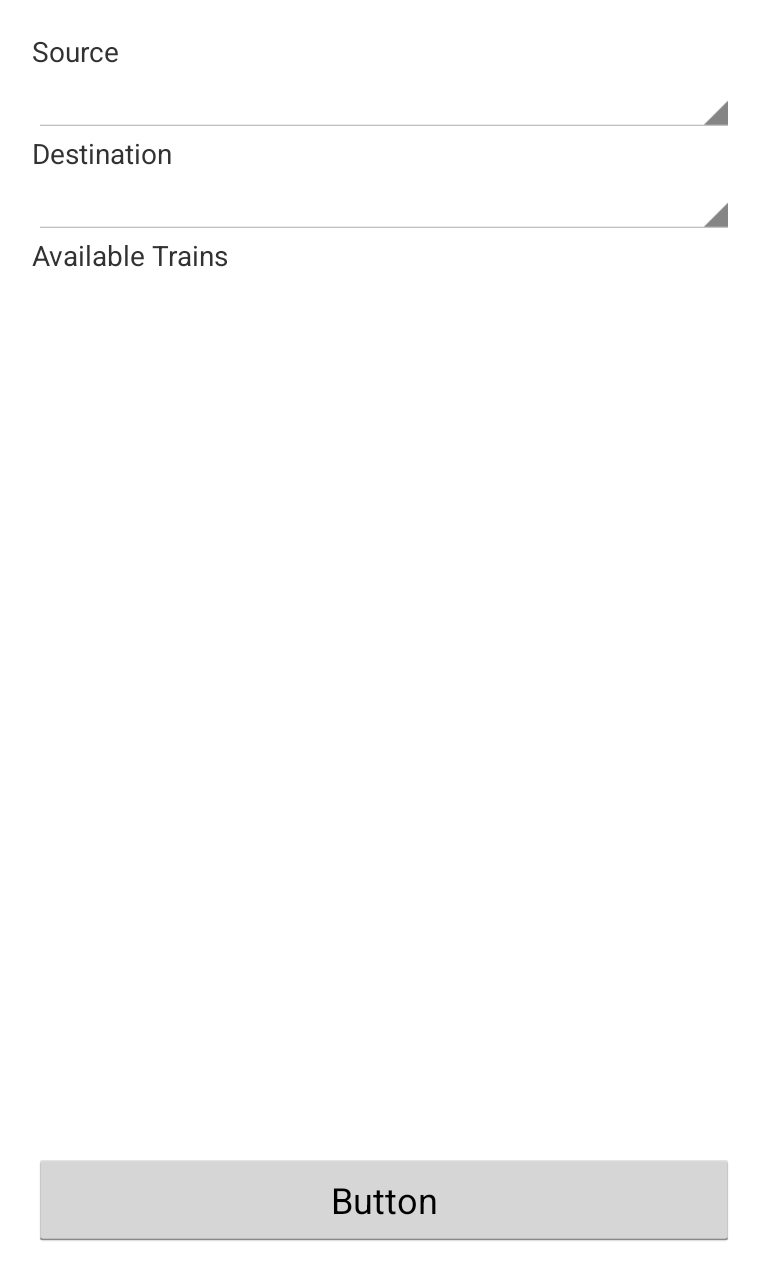
Repository: sunnypatel/Classwork
Layout: Senior Yr/Winter/cs275/assignment2/septa_assignment2/res/layout/activity_main.xml
These files come from the project's save history. The layout is drawn as it stood at one moment and after the next save; the edit follows.
It is drawn on a 768 x 1280 px phone screen (xhdpi) without system bars, with theme AppTheme; the app's code is not run. Lists and similar views that code fills are empty.

Above is the layout before, as saved 2014-03-06 00:56:37.

### Senior Yr/Winter/cs275/assignment2/septa_assignment2/res/layout/activity_main.xml
<RelativeLayout xmlns:android="http://schemas.android.com/apk/res/android"
    xmlns:tools="http://schemas.android.com/tools"
    android:layout_width="match_parent"
    android:layout_height="match_parent"
    android:paddingBottom="@dimen/activity_vertical_margin"
    android:paddingLeft="@dimen/activity_horizontal_margin"
    android:paddingRight="@dimen/activity_horizontal_margin"
    android:paddingTop="@dimen/activity_vertical_margin"
    tools:context=".MainActivity" >

    <LinearLayout
        android:id="@+id/linearLayout1"
        android:layout_width="wrap_content"
        android:layout_height="wrap_content"
        android:layout_alignParentBottom="true"
        android:layout_alignParentLeft="true"
        android:layout_alignParentRight="true"
        android:layout_alignParentTop="true"
        android:orientation="vertical" >

        <TextView
            android:id="@+id/textView1"
            android:layout_width="wrap_content"
            android:layout_height="wrap_content"
            android:text="@string/source" />

        <Spinner
            android:id="@+id/source_station"
            android:layout_width="match_parent"
            android:layout_height="wrap_content" />

        <TextView
            android:id="@+id/textView2"
            android:layout_width="wrap_content"
            android:layout_height="wrap_content"
            android:text="@string/destination" />

        <Spinner
            android:id="@+id/destination_station"
            android:layout_width="match_parent"
            android:layout_height="wrap_content" />

        <LinearLayout
            android:layout_width="match_parent"
            android:layout_height="wrap_content" >

            <TextView
                android:id="@+id/available_trains_text"
                android:layout_width="wrap_content"
                android:layout_height="wrap_content"
                android:text="@string/availableTrains" />
        </LinearLayout>

        <ListView
            android:id="@+id/availableTrains_list"
            android:layout_width="match_parent"
            android:layout_height="186dp"
            android:layout_weight="0.71" >
        </ListView>

        <Button
            android:id="@+id/button1"
            android:layout_width="fill_parent"
            android:layout_height="wrap_content"
            android:text="Button" />
    </LinearLayout>

</RelativeLayout>

### Senior Yr/Winter/cs275/assignment2/septa_assignment2/res/values/strings.xml
<?xml version="1.0" encoding="utf-8"?>
<resources>

    <string name="app_name">septa_assignment2</string>
    <string name="action_settings">Settings</string>
    <string name="hello_world">Hello world!</string>
    <string name="source">Source</string>
    <string name="destination">Destination</string>
    <string name="availableTrains">Available Trains</string>
    <string name="title_activity_train_detail_info">TrainDetailInfo</string>

</resources>

Loaded but not shown: Senior Yr/Winter/cs275/assignment2/septa_assignment2/res/values/styles.xml (common file); Senior Yr/Winter/cs275/assignment2/septa_assignment2/res/values-v11/styles.xml (common file); Senior Yr/Winter/cs275/assignment2/septa_assignment2/res/values-v14/styles.xml (common file); Senior Yr/Winter/cs275/assignment2/septa_assignment2/res/values/dimens.xml (common file)

After the next save:
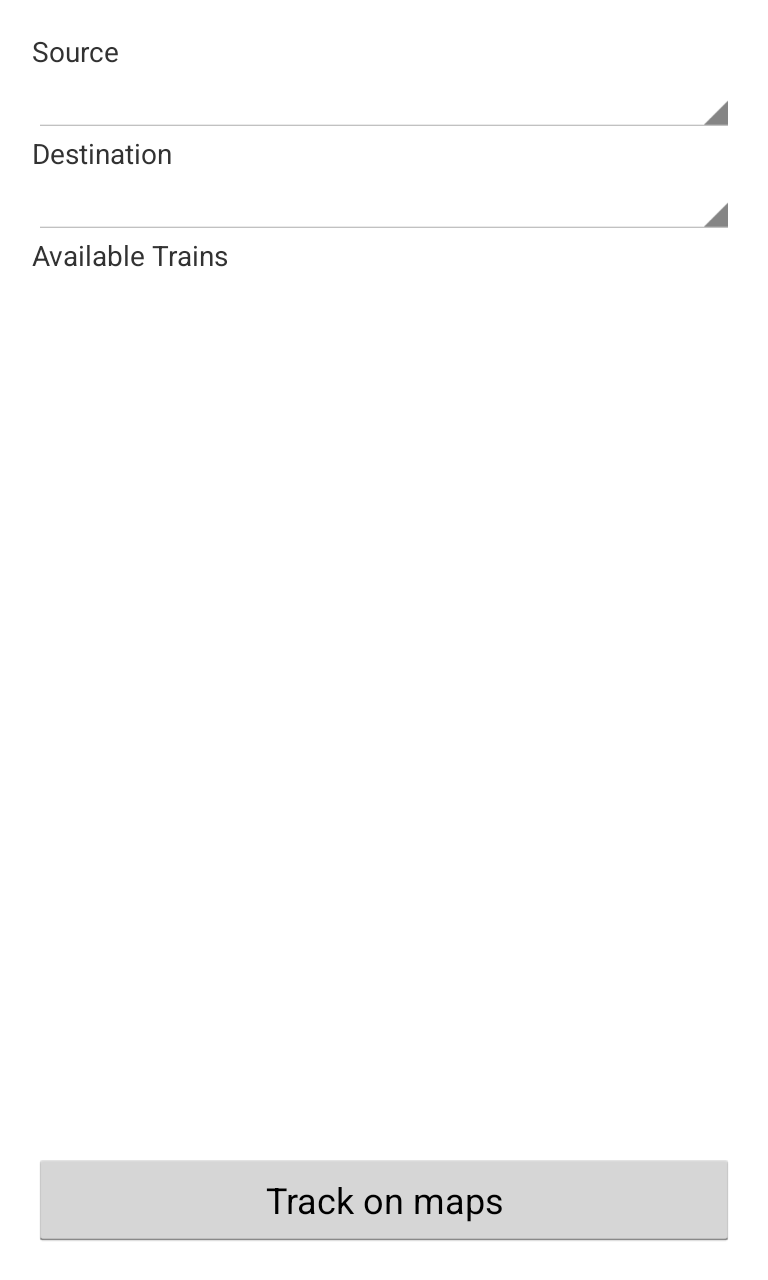
Saved 3 min 27 s later.
--- a/Senior Yr/Winter/cs275/assignment2/septa_assignment2/res/layout/activity_main.xml
+++ b/Senior Yr/Winter/cs275/assignment2/septa_assignment2/res/layout/activity_main.xml
@@ -59,10 +59,10 @@
         </ListView>
 
         <Button
-            android:id="@+id/button1"
+            android:id="@+id/openMaps_button"
             android:layout_width="fill_parent"
             android:layout_height="wrap_content"
-            android:text="Button" />
+            android:text="Track on maps" />
     </LinearLayout>
 
 </RelativeLayout>
